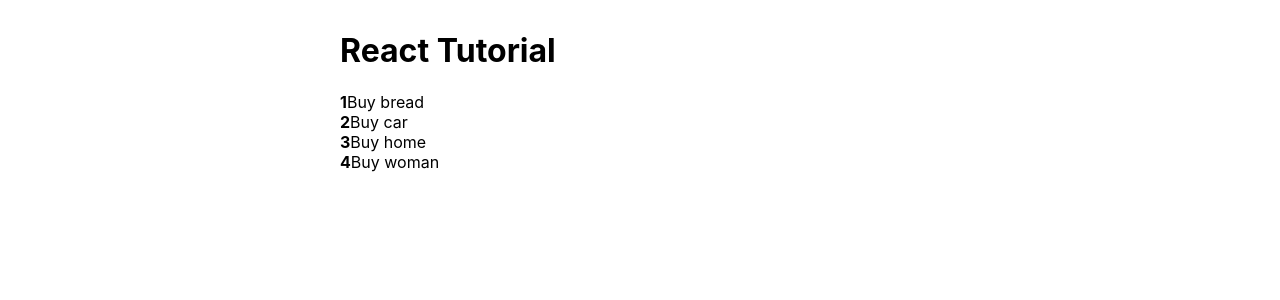
Repository: GregorPiev/rorganizer
Page: /
These files come from the project's save history. The page is drawn as it stood at one moment and after the next save; the edit follows.
The browser window is 1280 px wide. The pictures show the whole page.
The project was rebuilt for these pictures with package versions that can differ from the ones it lists, and the page was loaded fresh each time.

Above is the page before, as saved 2020-08-17 12:47:08.

### src/index.css
body {
	margin: 0;
	font-family: -apple-system, BlinkMacSystemFont, 'Segoe UI', 'Roboto', 'Oxygen',
		'Ubuntu', 'Cantarell', 'Fira Sans', 'Droid Sans', 'Helvetica Neue',
		sans-serif;
	-webkit-font-smoothing: antialiased;
	-moz-osx-font-smoothing: grayscale;
}

code {
	font-family: source-code-pro, Menlo, Monaco, Consolas, 'Courier New',
		monospace;
}
.wrapper {
	padding-top: 5px;
	margin: 5px auto;
	width: 600px;
}

### src/App.js
import React from 'react';
import TodoList from './Todo/TodoList/TodoList';

function App() {
  const todos = [
    { id: 1, completed: false, title: 'Buy bread' },
    { id: 2, completed: false, title: 'Buy car' },
    { id: 3, completed: false, title: 'Buy home' },
    { id: 4, completed: false, title: 'Buy woman' },
  ];
  return (
    <div className='wrapper'>
      <h1>React Tutorial</h1>
      <TodoList todos={todos} />
    </div>
  );
}

export default App;

### src/Todo/TodoList/TodoList.js
import React from 'react';
import './TodoList.css';
import TodoItem from '../TodoItem/TodoItem';

export default function TodoList(props) {
    return (
        <ul className="ul_base">
            {
                props.todos.map((todo, index) => {
                    return <TodoItem key={todo.id} todo={todo} index={index} />
                })
            }
        </ul>
    )

}

### src/Todo/TodoList/TodoList.css
.ul_base {
    list-style: none;
    margin: 0;
    padding: 0;
}

### src/Todo/TodoItem/TodoItem.js
import React from 'react';

export default function TodoItem({ todo, index }) {

    return (
        <li><strong>{index + 1}</strong>{todo.title}</li>
    )
}

Loaded but not shown: public/index.html (common file); src/index.js (common file); src/serviceWorker.js (common file)

After the next save:
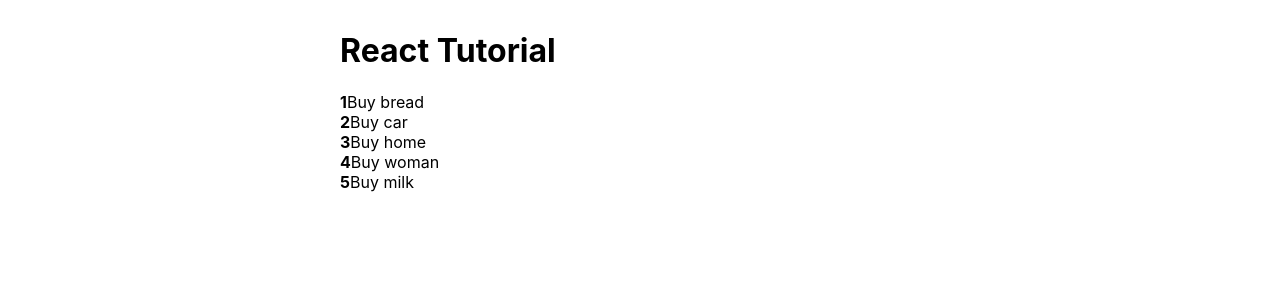
Saved 55 s later.
--- a/src/App.js
+++ b/src/App.js
@@ -7,6 +7,7 @@ function App() {
     { id: 2, completed: false, title: 'Buy car' },
     { id: 3, completed: false, title: 'Buy home' },
     { id: 4, completed: false, title: 'Buy woman' },
+    { id: 5, completed: false, title: 'Buy milk' }
   ];
   return (
     <div className='wrapper'>
